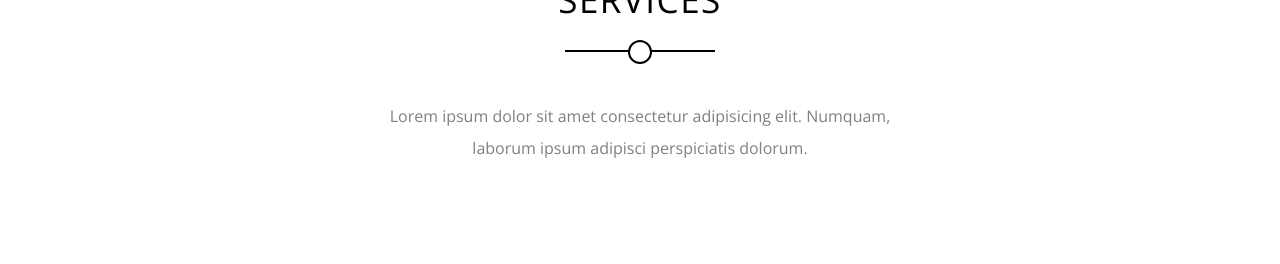
Repository: Ahmed123rezk123/Template_2
Page: index.html
The author's editor kept a copy of each file at every save. The page is drawn from the files as they stood at one save, then again after a run of saves.
The browser window is 1280 px wide. The pictures show the part of the page from y = 4005 to 4469 px (the page is 4269 px tall before and 4469 px after).
A picture or video elsewhere on the page could not be fetched, so the positions and the page height are approximate. Some web fonts or font styles are not loaded; a fallback is used.

Above is the page before, as saved 2024-04-13 14:59:04.

### index.html
<!DOCTYPE html>
<html lang="en">
<head>
    <meta charset="UTF-8">
    <meta name="viewport" content="width=device-width, initial-scale=1.0">
    <title>Kasper | Template two</title>
    <!-- Render All Elements Normally -->
    <link rel="stylesheet" href="css/normalize.css">
    <!-- Font Awesome Library -->
    <link rel="stylesheet" href="css/all.min.css">
      <!-- Main Temlate css file -->
      <link rel="stylesheet" href="css/kasper.css">
    <!-- Google Fonts -->
    <link rel="preconnect" href="https://fonts.googleapis.com">
    <link rel="preconnect" href="https://fonts.gstatic.com" crossorigin>
    <link href="https://fonts.googleapis.com/css2?family=Edu+TAS+Beginner:wght@500&family=Open+Sans:wght@400;700&display=swap" rel="stylesheet">
    <!-- <link href="https://cdn.jsdelivr.net/npm/bootstrap@5.3.2/dist/css/bootstrap.min.css" rel="stylesheet"> -->
  </head>
<body>
<!-- Start Header -->
<header>
  <div class="container">
    <a href="#" class="logo">
      <img src="images/logo.png" alt="Logo">
    </a>
    <nav>
      <i class="fas fa-bars menu"></i>
      <ul>
       <li><a href="#" class="active">Home</a></li>
       <li><a href="#">Service</a></li>
       <li><a href="#">portfolio</a></li>
       <li><a href="#">About</a></li>
       <li><a href="#">Pricing</a></li>
       <li><a href="#">Contact</a></li>
      </ul>
      <div class="form">
        <i class="fas fa-search"></i>
      </div>
    </nav>
  </div>
</header>
<!-- End Header -->
<!-- Start Landing -->
    <section class="landing">
      <div class="overlay">
        <div class="text">
          <div class="content">
            <h2>
              Hello World<br>
              We Are Kasper We Make Art.
            </h2>
              <p>Lorem ipsum dolor sit amet consectetur adipisicing elit. Numquam,
                laborum ipsum adipisci perspiciatis dolorum debitis incidunt,
                sapiente corrupti doloribus, earum rem dicta quibusdam saepe voluptatem vero.
                  Commodi sed quidem laborio sam.</p>
          </div>
        </div>
      </div>
      <i class="fas fa-angle-left icon1 fa-2x"></i>
      <i class="fas fa-angle-right icon2 fa-2x"></i>
      <ul class="bullets">
        <li></li>
        <li class="active"></li>
        <li></li>
      </ul>
    </section>
<!-- End Landing -->
<!-- Start Services -->
    <section class="services">
      <div class="container">
      <div class="main-content">
        <h2>Services</h2>
        <p>Lorem ipsum dolor sit amet consectetur adipisicing elit. Numquam,
          laborum ipsum adipisci perspiciatis dolorum.</p>
      </div>
      <div class="services-content">
        <div class="div-content">
          <i class="fas fa-desktop"></i>
          <div class="text">
          <h2>Frontend Developer</h2>
          <p>Lorem, ipsum dolor sit amet consectetur adipisicing elit. Minus dolorum ipsam, ullam tenetur ab aliquid quia repudiandae .</p>
        </div>
        </div>
        <div class="div-content">
          <i class="fas fa-cog"></i>
          <div class="text">
            <h2>Frontend Developer</h2>
            <p>Lorem, ipsum dolor sit amet consectetur adipisicing elit. Minus dolorum ipsam, ullam tenetur ab aliquid quia repudiandae .</p>
          </div>
         </div>
        <div class="div-content">
          <i class="fas fa-pencil-ruler"></i>
          <div class="text">
            <h2>Frontend Developer</h2>
            <p>Lorem, ipsum dolor sit amet consectetur adipisicing elit. Minus dolorum ipsam, ullam tenetur ab aliquid quia repudiandae .</p>
          </div>
         </div>
        <div class="div-content">
          <i class="fas fa-camera"></i>
          <div class="text">
            <h2>Frontend Developer</h2>
            <p>Lorem, ipsum dolor sit amet consectetur adipisicing elit. Minus dolorum ipsam, ullam tenetur ab aliquid quia repudiandae .</p>
          </div>
          </div>
      </div>
      </div>
    </section>
<!-- End Services -->
<!-- Start Design -->
<section class="design">
  <div class="overlay">
    <div class="image">
      <img src="images/mobile.png" alt="">
    </div>
    <div class="text">
      <div class="content">
        <h2>OUR DESIGN COMES WITH...</h2>
        <div class="div-icon">
          <div class="div-content">
            <i class="fas fa-desktop lab1"></i>
            <span>Responsive Design</span>
          </div>
          <div class="div-content">
        <i class="fas fa-desktop lab2"></i>
        <span>Modern And Clean Design</span>
        </div>
        <div class="div-content">
        <i class="fas fa-desktop lab3"></i>
        <span>Clean Code</span>
        </div>
        <div class="div-content">
        <i class="fas fa-desktop lab4"></i>
        <span>Browser Friendly</span>
      </div>
      </div>
      </div>
    </div>
  </div>
</section>
<!-- End Design -->
<!-- Start Portfolio -->
<div class="portfolio">
  <div class="container">
    <div class="main-content">
      <h2>Portfolio</h2>
      <p>Lorem ipsum dolor sit amet consectetur adipisicing elit. Numquam,
        laborum ipsum adipisci perspiciatis dolorum.</p>
    </div>
    <ul class="shuffle">
      <li class="active">All</li>
      <li>App</li>
      <li>Photo</li>
      <li>Web</li>
      <li>Print</li>
    </ul>
    </div>
    <div class="imgs-content">
      <div class="box">
        <img src="images/shuffle-01.jpg" alt="">
        <div class="caption">
          <h4>Awesome Image</h4>
          <p>Photography</p>
        </div>
      </div>
      <div class="box">
        <img src="images/shuffle-02.jpg" alt="">
        <div class="caption">
          <h4>Awesome Image</h4>
          <p>Photography</p>
        </div>
      </div>
      <div class="box">
        <img src="images/shuffle-03.jpg" alt="">
        <div class="caption">
          <h4>Awesome Image</h4>
          <p>Photography</p>
        </div>
      </div>
      <div class="box">
        <img src="images/shuffle-04.jpg" alt="">
        <div class="caption">
          <h4>Awesome Image</h4>
          <p>Photography</p>
        </div>
      </div>
      <div class="box">
        <img src="images/shuffle-05.jpg" alt="">
        <div class="caption">
          <h4>Awesome Image</h4>
          <p>Photography</p>
        </div>
      </div>
      <div class="box">
        <img src="images/shuffle-06.jpg" alt="">
        <div class="caption">
          <h4>Awesome Image</h4>
          <p>Photography</p>
        </div>
      </div>
      <div class="box">
        <img src="images/shuffle-07.jpg" alt="">
        <div class="caption">
          <h4>Awesome Image</h4>
          <p>Photography</p>
        </div>
      </div>
      <div class="box">
        <img src="images/shuffle-08.jpg" alt="">
        <div class="caption">
          <h4>Awesome Image</h4>
          <p>Photography</p>
        </div>
      </div>
    </div>
    <a href="#" class="more">MORE</a>
    </div>
<!-- End Portfolio -->
<!-- Start Video -->
<div class="video">
  <video autoplay muted loop>
    <source src="images/awesome-video (1).mp4" type="video/mp4">
  </video>
  <div class="text">
      <h2>SUPER AWESOME VIDEO HERE</h2>
      <p>Its All You Need</p>
      <button>SEE MORE</button>
</div>
</div>
<!-- End Video -->

<!-- Start About -->
  <div class="about">
    <div class="container">
      <div class="main-content">
        <h2>Services</h2>
        <p>Lorem ipsum dolor sit amet consectetur adipisicing elit. Numquam,
          laborum ipsum adipisci perspiciatis dolorum.</p>
      </div>
    </div>
  </div>
<!-- End About -->
</body>
</html>

### css/kasper.css
/* Start Variable */
:root {
--main-color: #19c8fa;
--transparent-color: rgb(15 116 143 / 70%);
--section-padding: 100px;
}
/* End Variable */

/* Start Global Rules   */
* {
    -webkit-box-sizing: border-box;
    -moz-box-sizing: border-box;
    box-sizing: border-box;
   padding: 0;
   margin: 0;
}
html {
    scroll-behavior: smooth;
}
body{
    font-family: 'Open Sans', sans-serif;
}
 ul {
    list-style: none;
 }

 .container {
   margin-left: auto;
   margin-right: auto;
   padding-left: 15px;
   padding-right: 15px;
 }

/* Small */

@media(min-width: 768px) {
    .container {
       width: 750px;
    }
}

/* Medium */

@media(min-width: 992px) {
    .container {
        width: 970px;
    }
}

/* Large  */

@media(min-width: 1200px) {
    .container {
        width: 1170px;
    }
}
/* End Global Rules */
/* Start Component */

.main-content {
text-align: center;
}

.main-content h2 {
    position: relative;
text-transform: uppercase;
font-weight: normal;
letter-spacing: 1.5px;
font-size: 35px;
margin-bottom: 80px;
}
.main-content h2::before {
    position: absolute;
    content: '';
    top: 70px;
    left: 50%;
    transform: translateX(-50%);
    width: 150px;
    height: 2px;
    background-color: black;

}
.main-content h2::after {
position: absolute;
content: '';
top: 60px;
left: 50%;
transform: translateX(-50%);
width: 20px;
height: 20px;
border-radius: 50%;
border: 2px solid black;
background-color: #fff;

}
.main-content p {
    width: 550px;
    margin: 0 auto 100px;
    line-height: 2;
    max-width: 100%;
    color: gray;
}
/* End Component */

/* Start Header */
header {
position: absolute;
width: 100%;
left: 0;
z-index: 3;
}
header .container {
    display: flex;
    justify-content: space-between;
    align-items: center;
    position: relative;
    min-height: 97px;
}
header .container::after {
    content: "";
    position: absolute;
    background-color: #a2a2a2;
    height: 1px;
    width: calc(100% - 30px);
    bottom: 0;
    left: 15px;
}
header .logo img {
    height: 50px;
}
header nav {
    flex: 1;
    display: flex;
    justify-content: flex-end;
    align-items: center;
}
header nav .menu {
    color: #fff;
    font-size: 20px;
}
@media(min-width: 768px) {
    header nav .menu {
        display: none;
    }
}

header nav ul {
display: flex;
}
@media(max-width: 767px) {
    header nav ul {
        display: none;
    }
    header nav .menu:hover + ul {
        display: flex;
        flex-direction: column;
        position: absolute;
        top: 100%;
        left: 0;
        width: 100%;
        background-color: rgba(0, 0, 0, 50%);
    }
    header nav .menu:hover + ul li a {
        padding: 15px;
    }
}
header nav ul li a {
display: block;
text-decoration: none;
color: #fff;
padding: 40px 10px;
font-size: 15px;
transition: .5s;
position: relative;
z-index: 2;
}
header nav ul li a.active,
header nav ul li a:hover {
color:var(--main-color) ;
border-bottom: 2px solid var(--main-color);
}
header nav .form {
    width: 40px;
    height: 30px;
    position: relative;
    margin-left: 30px;
    border-left: 1px solid #fff;
}
header nav .form  i {
    color: #fff;
    position: absolute;
    top: 50%;
    transform: translateY(-50%);
    font-size: 20px;
    right: 0;
}
/* End Header */

/* Start Landing  */
    .landing {
        min-height: 100vh;
        background-image: url(../images/landing.jpg);
        background-size: cover;
        position: relative;
    }
    .landing .overlay {
        position: absolute;
        background-color: rgba(0, 0, 0, 50%);
        width: 100%;
        height: 100%;

    }
    .landing  .text {
     position: absolute;
     left: 0;
     top: 50%;
     transform: translateY(-50%);
     width: 50%;
     padding: 50px;
     background-color: var(--transparent-color);
     display: flex;
     justify-content: flex-end;
     color: white;

    }
    .landing .overlay .text .content {
       max-width: 500px;

    }

    @media(max-width: 767px) {
        .landing .text {
            width: 100%;
        }
        .landing .text .content {
            width: 100%;
        }
    }
    .landing .overlay .text .content h2 {

        font-size: 32px;
        font-weight: normal;
        margin-bottom: 30px;
        line-height: 1.5;

    }
    .landing .overlay .text .content p {
       font-size: 14px;
        line-height: 2 ;

    }
    .landing .icon1 {
        left: 30px;
        position: absolute;
        top: 50%;
        color: white;
        transform: translateY(-50%)
    }

    .landing .icon2 {
        position: absolute;
        right: 30px;
        top: 50%;
        color: white;
        transform: translateY(-50%);
    }

    @media(max-width: 767px) {
    .landing .icon1 ,
    .landing .icon2 {
        display: none;
    }
    }

    .landing .bullets {
        position: absolute;
        transform: translateX(-50%);
        bottom: 20px;
        left: 50%;
       display: flex;
    }
    .landing .bullets li {
    width: 20px;
    height: 20px;
    border-radius: 50%;
    border: 1px solid white;
    margin-left: 8px;
    }
    .landing .bullets .active {
        background-color: var(--main-color);
        border: 1 solid var(--main-color);
    }
/* End Landing  */

/* Strat Services */
.services {
    padding-top: var(--section-padding);
    padding-bottom: var(--section-padding);
}
.services .services-content  {
display: flex;
}


@media(min-width: 768px) {
    .services .services-content {
        display: grid;
        grid-template-columns: repeat(auto-fill,minmax(450px,1fr));
        grid-column-gap: 40px;
        grid-row-gap: 60px;

    }
}
.services .services-content  i{
    font-size: 45px;
    margin-right: 50px;
    position: absolute;
    }

.services-content h2 {
color: var(--main-color);
font-size: 22px;
display: inline-block;
margin-left: 100px;
letter-spacing: .8px;

}

.services-content p{
    color: gray;
    font-size: 16px;
    margin-top: 40px;
    margin-left: 100px;
    line-height: 2;
    letter-spacing: .5px;
    /* max-width: 400px; */
}
@media(max-width: 767px) {
    .services .services-content {
        display: flex;
        flex-direction: column;
        text-align: center;
        margin-bottom: 40px;
    }
    .services .services-content  i {
        margin: 0 0 30px;
        position: initial;
    }
    .services-content h2 {
        margin-left: 0;
    }
    .services-content p {
        margin-left: 0;
        margin-bottom: 20px;
    }
}
/* End Services */

/* Start Design */
.design {
    height: 600px;
    background-image: url(../images/design-features.jpg);
    background-size: cover;
    position: relative;
    overflow: hidden;
    display: flex;
    align-items: center;
}
.design .overlay {
    position: absolute;
        background-color: rgba(0, 0, 0, 50%);
        width: 100%;
        height: 100%;

}
.design .image {
    position: relative;
    width: 100%;
    height: 100%;
}
.design .image img {
      position: absolute;
      height: 80%;
    left: 200px;
   top: 200px;
   z-index: 2;
}
.design .overlay .text {
    position: absolute;
    right: 0;
    top: 50%;
    transform: translateY(-50%);
    width: 50%;
    padding: 50px;
    background-color: var(--transparent-color);
    color: white;
}

.design .overlay .text .content {
    max-width: 500px;
 }

 @media(max-width: 767px) {

     .design .overlay .text {
        width: 100%;
     }
     .design .image {
        display: none;
     }

 }

 .design .overlay .text .content h2 {

   margin-bottom: 50px;
     font-size: 25px;
     font-weight: normal;

 }
 .design .overlay .text .content span {
    font-size: 16px;
     line-height: 2 ;
   margin-left: 20px;
 }
 .design .overlay .text .content i {
    font-size: 17px;
 }
 .design .overlay .text .content .div-content {
   margin-bottom: 20px;
 }
/* End Design */


/* Start Portfolio */
.portfolio {
    padding-top: var(--section-padding);
    padding-bottom: var(--section-padding);
}

.portfolio .shuffle {
    display: flex;
    justify-content:center;
}
.portfolio .shuffle li {
padding: 10px;
}
.portfolio .shuffle li.active {
    color: white;
    background-color: var(--main-color);
}
.portfolio .imgs-content {
margin-top: 50px;
display: flex;
flex-wrap: wrap;
}
.portfolio .imgs-content .box {
    overflow: hidden;
position: relative;
}
.portfolio .imgs-content .box:hover .caption{
bottom: 0;
}
.portfolio .imgs-content .box:hover img {
transform: rotate(3deg) scale(1.1);
}

@media(min-width: 768px) {
    .portfolio .imgs-content .box {
        flex-basis: 50%;
        }
}
@media(min-width: 1199px) {
    .portfolio .imgs-content .box {
        flex-basis: 25%;
        }
}
.portfolio .imgs-content .box img {
    max-width: 100%;
    transition: .3s;
}
.portfolio .imgs-content .box .caption {
position: absolute;
left: 0;
padding: 20px;
background-color: white;
width: 100%;
transition: .3s;
bottom: -100%;
}
.portfolio .imgs-content .box:hover .caption h4{
   font-weight: normal;
   margin-bottom: 10px;
}
.portfolio .imgs-content .box:hover .caption p{
    color: var(--main-color);
}

.portfolio .more {
  display: block;
  width: fit-content;
    margin: 50px auto;
    text-decoration: none;
    color: white;
    background-color: var(--main-color);
    padding: 15px;
}
/* End Portfolio */

/* Start Video  */
.video {
    position: relative;
}
.video::before {
    content: "";
    position: absolute;
    background-color: rgba(0, 0, 0, 40%);
    width: 100%;
    height: 100%;
    left: 0;
    top: 0;
}
.video video {
width: 100%;
}
.video  .text {
position: absolute;
background-color: var(--transparent-color);
width: 100%;
padding: 50px;
transform: translateY(-50%);
top: 50%;
text-align: center;
}
.video .text h2 {
color: white;
margin-bottom: 30px;
font-weight: normal;
}
.video .text p {
color: white;
margin-bottom: 30px;
}

.video  .text button {
color: white;
background-color: #000;
padding: 10px 20px;
border: 0;
}

/* End Video  */

/* Start About */
/* End About */

Loaded but not shown: css/normalize.css (library); css/all.min.css (library)

After the next 4 saves:
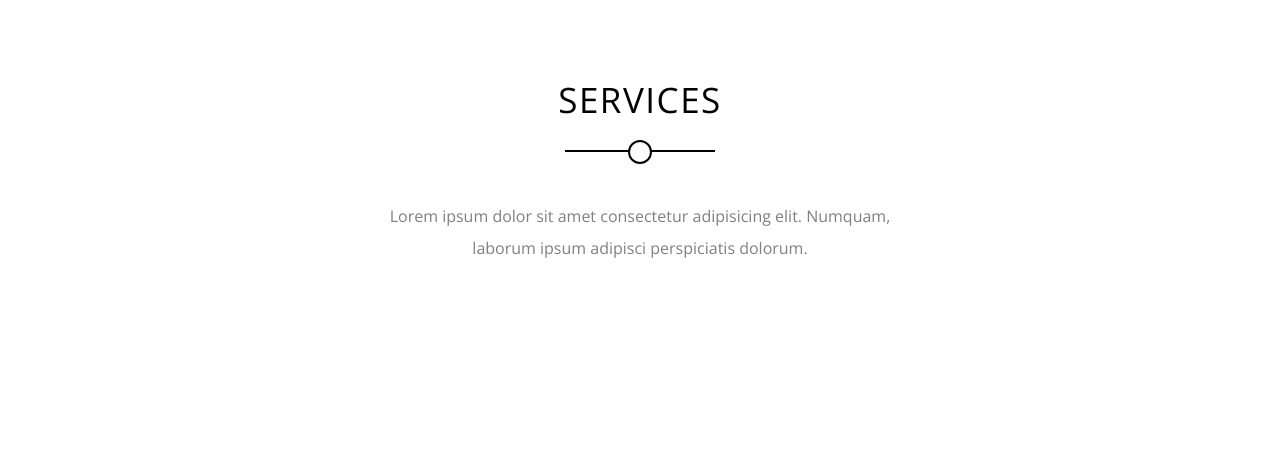
The 4 saves are shown as one change because they came seconds apart.
The last was saved 14 s later.
--- a/css/kasper.css
+++ b/css/kasper.css
@@ -552,4 +552,8 @@ border: 0;
 /* End Video  */
 
 /* Start About */
+.about {
+    padding-top: var(--section-padding);
+    padding-bottom: var(--section-padding);
+}
 /* End About */
